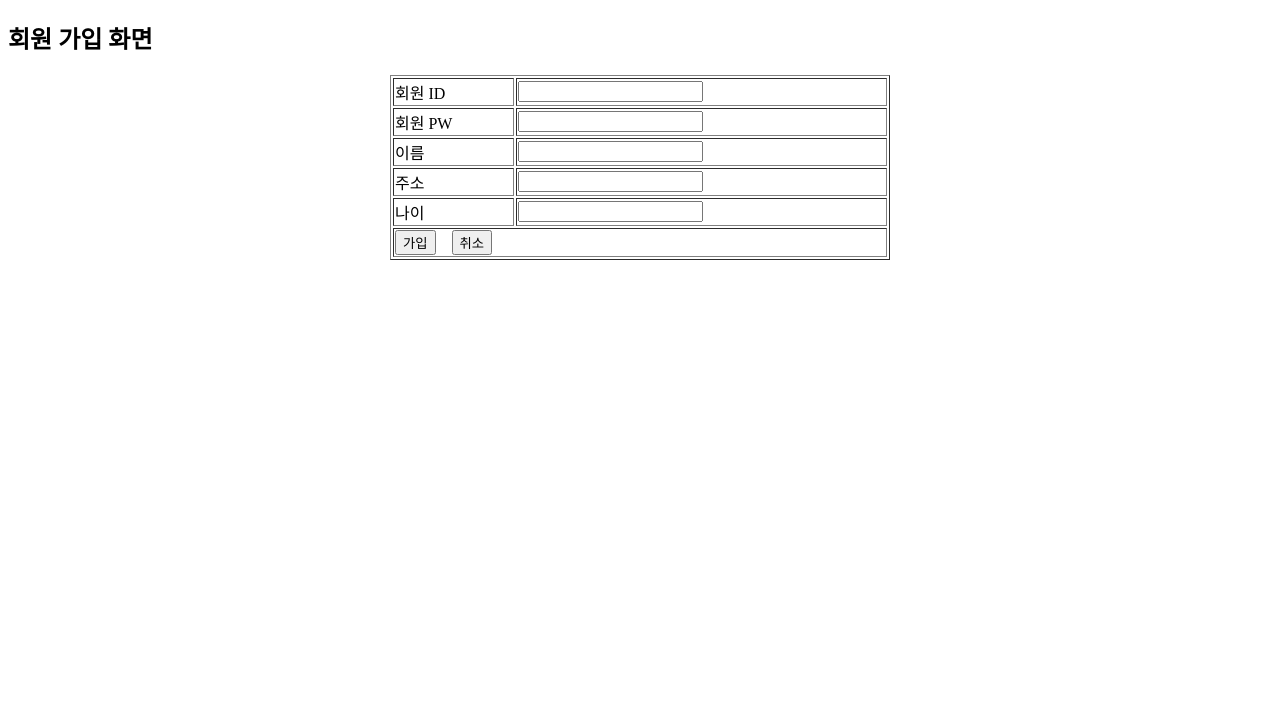
Repository: tpdnjs1/LibrayProject
Page: http://localhost/LibraryProject/member/signUp.jsp
An editor plug-in stored every save of this project. The page is shown before and after the next save, followed by the edit.
The browser window is 1280 px wide. The pictures show the whole page.
The page is served by Tomcat 9.

Above is the page before, as saved 2023-10-25 05:37:24.

After the next save:
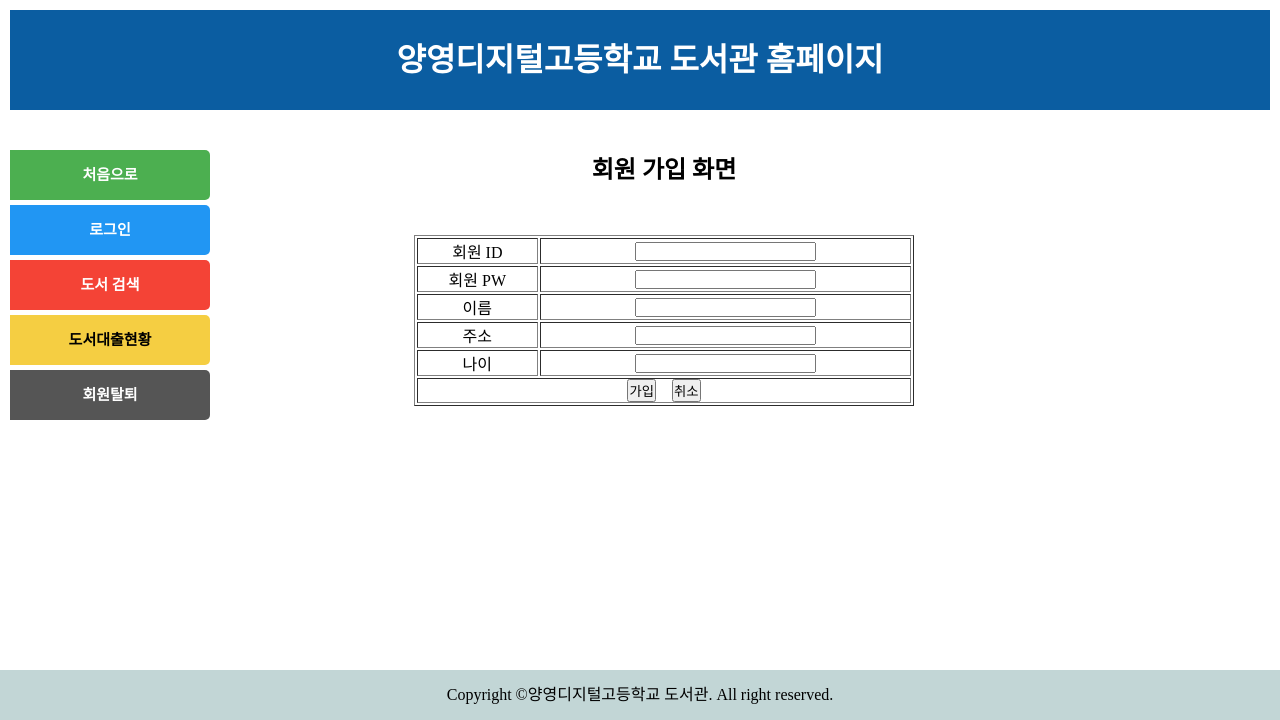
Saved 2 min 34 s later.
--- a/LibraryProject/src/main/webapp/member/signUp.jsp
+++ b/LibraryProject/src/main/webapp/member/signUp.jsp
@@ -9,6 +9,7 @@
     <title>Document</title>
 </head>
 <body>
+	<%@ include file="../header.jsp" %>
     <h2>회원 가입 화면</h2>
 
     <form action="/LibraryProject/signUp" method="post">
@@ -42,5 +43,6 @@
             </tr>
         </table>
     </form>
+	<%@ include file="../footer.jsp" %>
 </body>
 </html>
